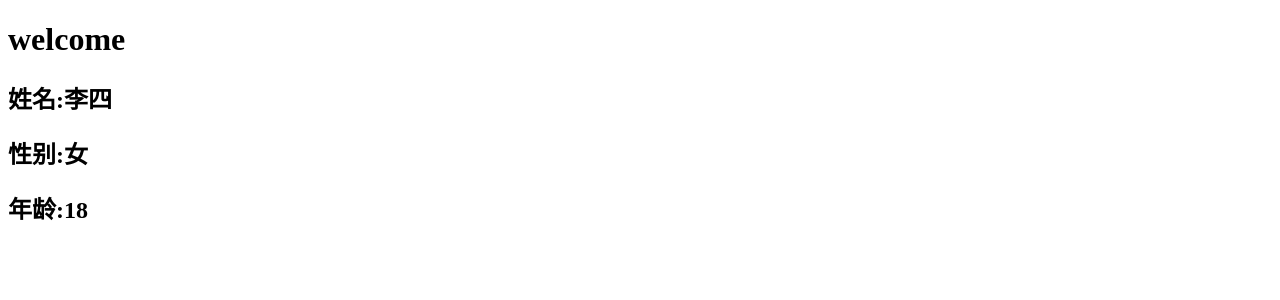
Repository: 319226862/wyy
Page: / (app in vue_test/)
The author's editor kept a copy of each file at every save. The page is drawn from the files as they stood at one save, then again after the next save.
The browser window is 1280 px wide. The pictures show the whole page.
The project was rebuilt for these pictures with package versions that can differ from the ones it lists, and the page was loaded fresh each time. Also part of the build but not shown: vue_test/vue.config.js.

Above is the page before, as saved 2023-06-19 15:06:55.

After the next save:
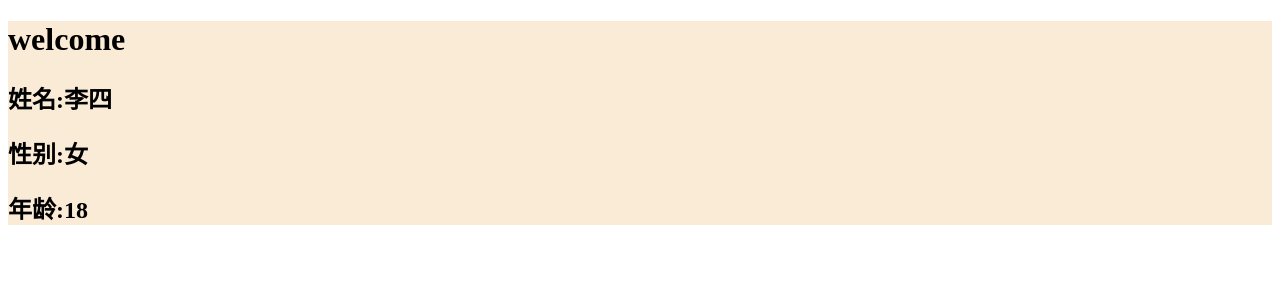
Saved 67 min 12 s later.
--- a/vue_test/src/components/School.vue
+++ b/vue_test/src/components/School.vue
@@ -1,5 +1,5 @@
 <template>
-    <div>
+    <div class="demo">
         <h1>{{ msg }}</h1>
         <h2>姓名:{{ name }}</h2>
         <h2>性别:{{ sex }}</h2>
@@ -18,3 +18,8 @@ export default {
     props:['name','sex','age']
 }
 </script>
+<style lang="less" scoped>
+    .demo{
+        background-color: antiquewhite;
+    }
+</style>
